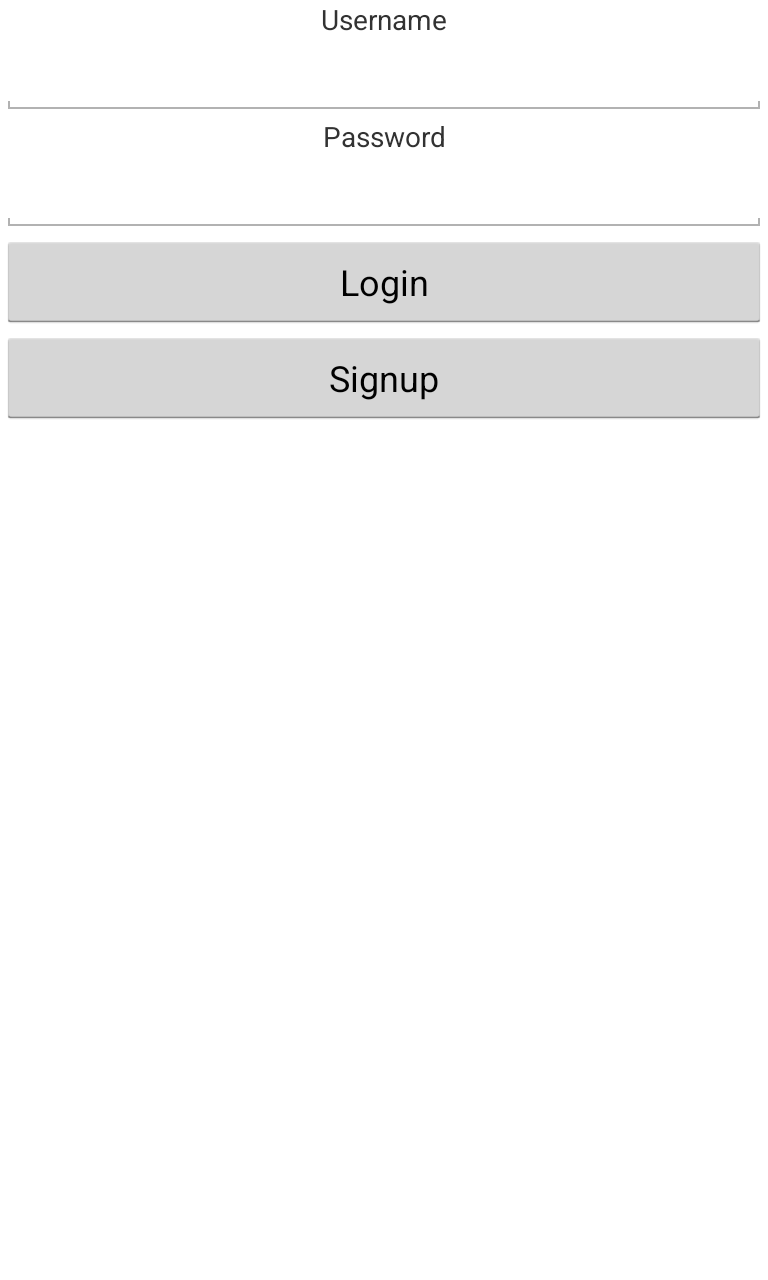
Repository: efreestone/CPM_Freestone
Layout: Project1Android/res/layout/activity_login.xml
An editor plug-in stored every save of this project. The layout is shown before and after the next save, followed by the edit.
It is drawn on a 768 x 1280 px phone screen (xhdpi) without system bars, with theme AppTheme; the app's code is not run.

Above is the layout before, as saved 2014-09-30 21:48:47.

After the next save:
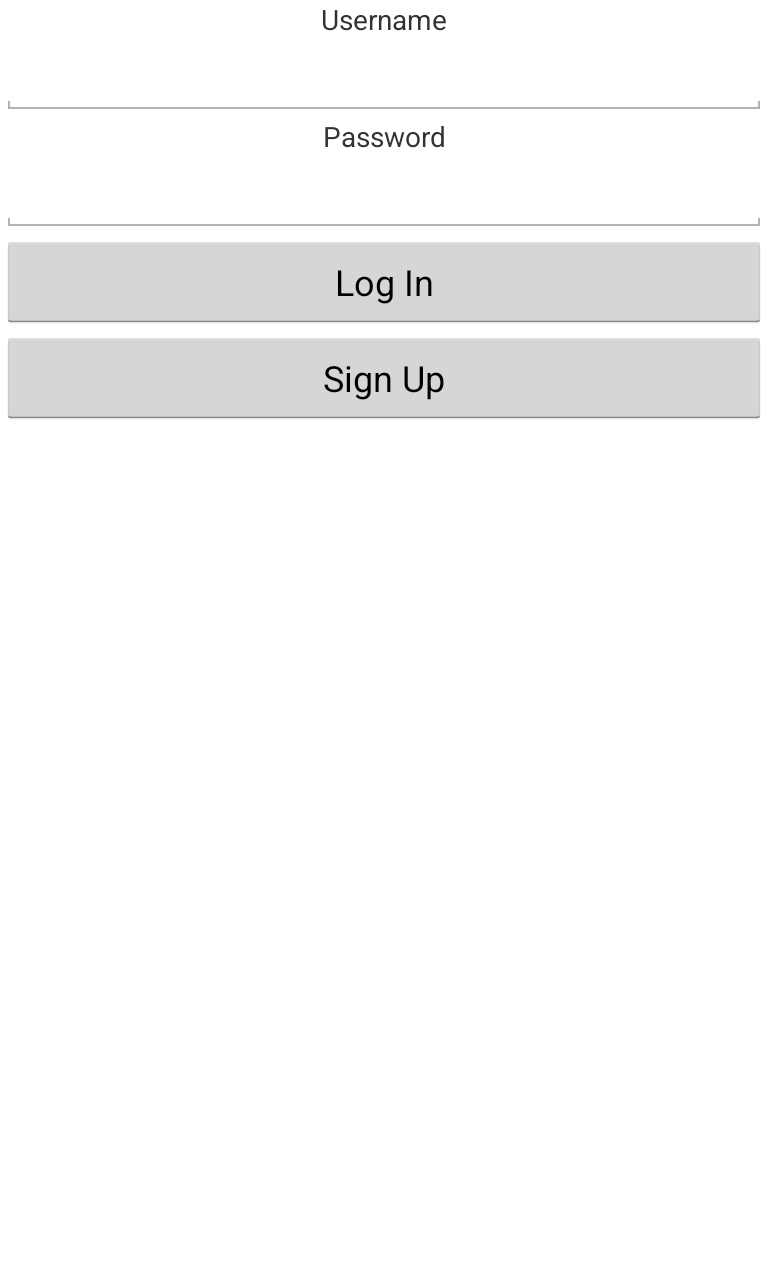
Saved 49 s later.
--- a/Project1Android/res/values/strings.xml
+++ b/Project1Android/res/values/strings.xml
@@ -6,7 +6,9 @@
     <string name="action_settings">Settings</string>
 
     <string name="logoutButton">Log Out</string>
-    <string name="loginButton">Login</string>
-    <string name="signupButton">Signup</string>
+    <string name="loginButton">Log In</string>
+    <string name="signupButton">Sign Up</string>
 
+    <string name="usernameTitle">Username</string>
+    <string name="passwordTitle">Password</string>
 </resources>
